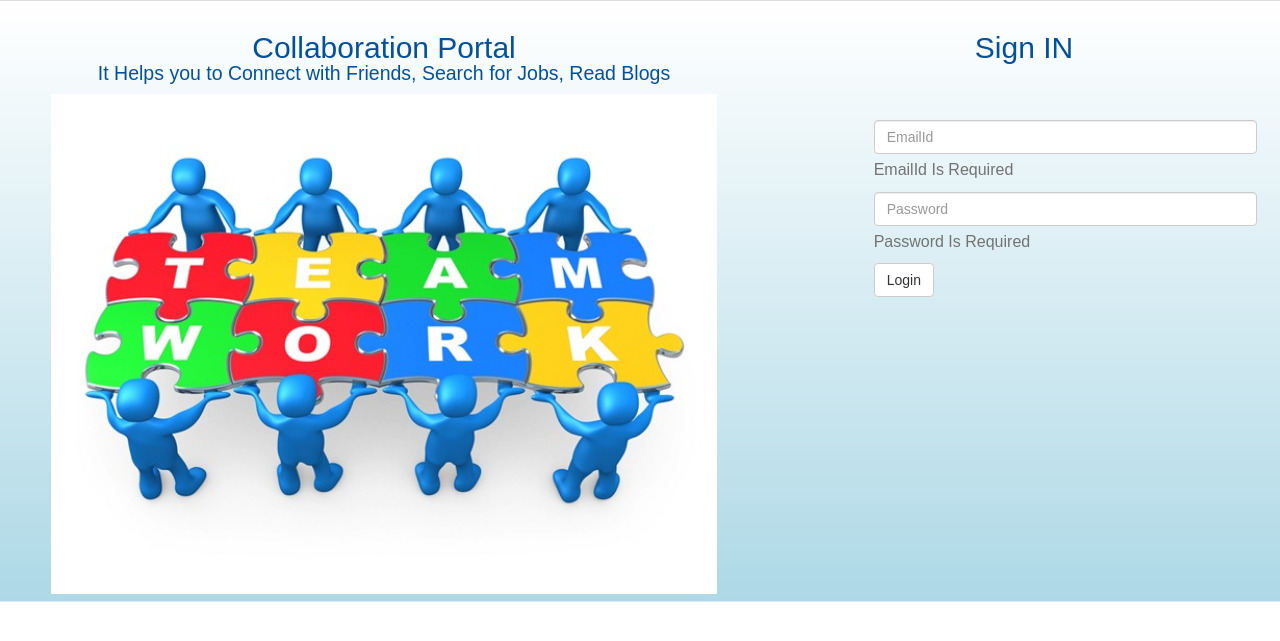
Repository: KaustubhKamat/CollaborationPlatform
Page: CollaborationFrontEnd/WebContent/c_user/login.html
An editor plug-in stored every save of this project. The page is shown before and after the next save, followed by the edit.
The browser window is 1280 px wide. The pictures show the whole page.
Some web libraries are served in a nearby version.

Above is the page before, as saved 2017-03-03 10:34:01.

After the next save:
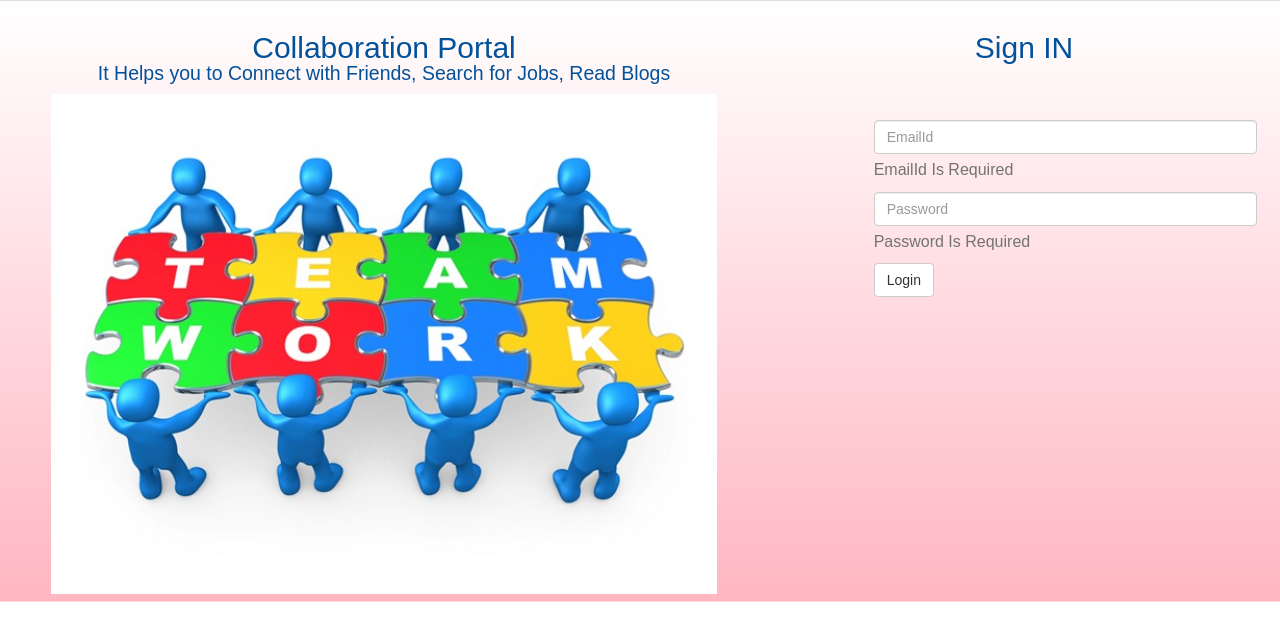
Saved 7 s later.
--- a/CollaborationFrontEnd/WebContent/c_user/login.html
+++ b/CollaborationFrontEnd/WebContent/c_user/login.html
@@ -54,7 +54,7 @@ h2 {
 
 <div ng-controller="UserController as ctrl">
 
-<table class="table" style=" background: linear-gradient(white, lightblue);">
+<table class="table" style=" background: linear-gradient(white, lightpink);">
 <tr>
 <td width="60%" valign="top" style="padding-top: 10px">
 <center> <h2 style="color:#04519b">Collaboration Portal <br><small style="color:#04519b">It Helps you to Connect with Friends, Search for Jobs, Read Blogs</small> </h2></center>
